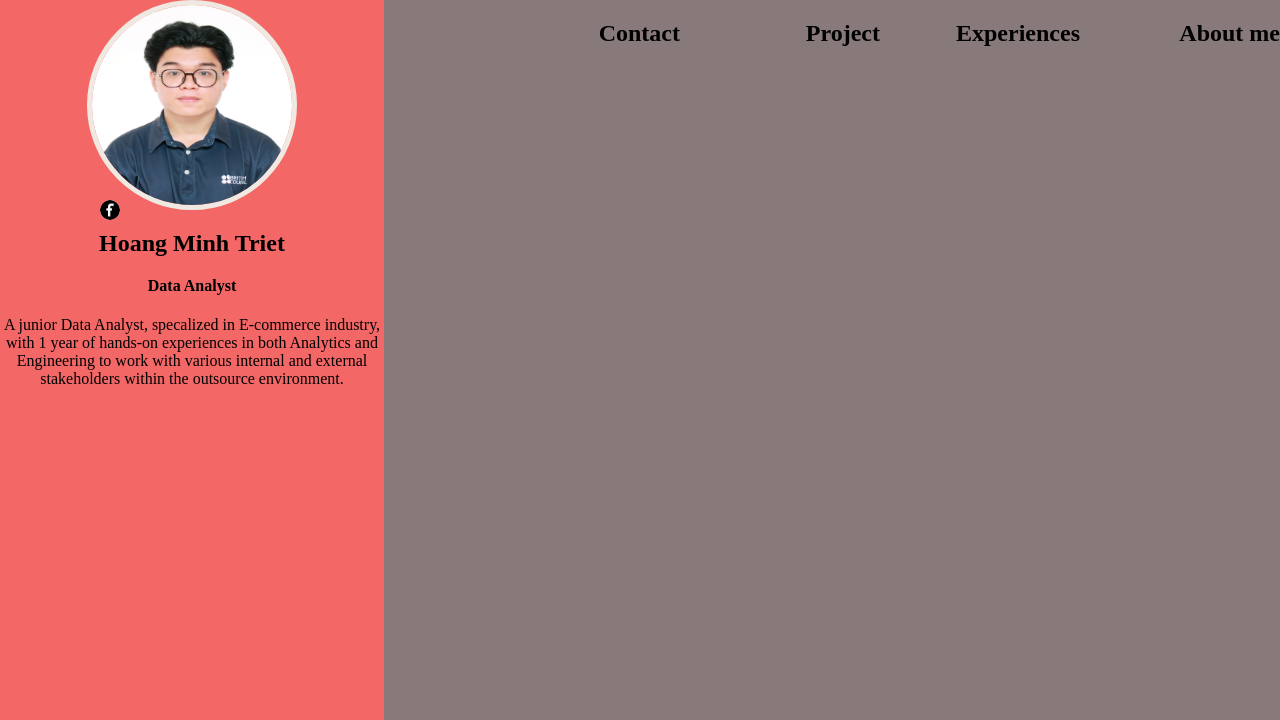
Repository: MinnTrit/personal_website
Page: http://localhost/
An editor plug-in stored every save of this project. The page is shown before and after the next save, followed by the edit.
The browser window is 1280 px wide. The pictures show the whole page.
The page is served by the project's application, run on Flask 3 (app.py).

Above is the page before, as saved 2025-01-28 23:25:35.

After the next save:
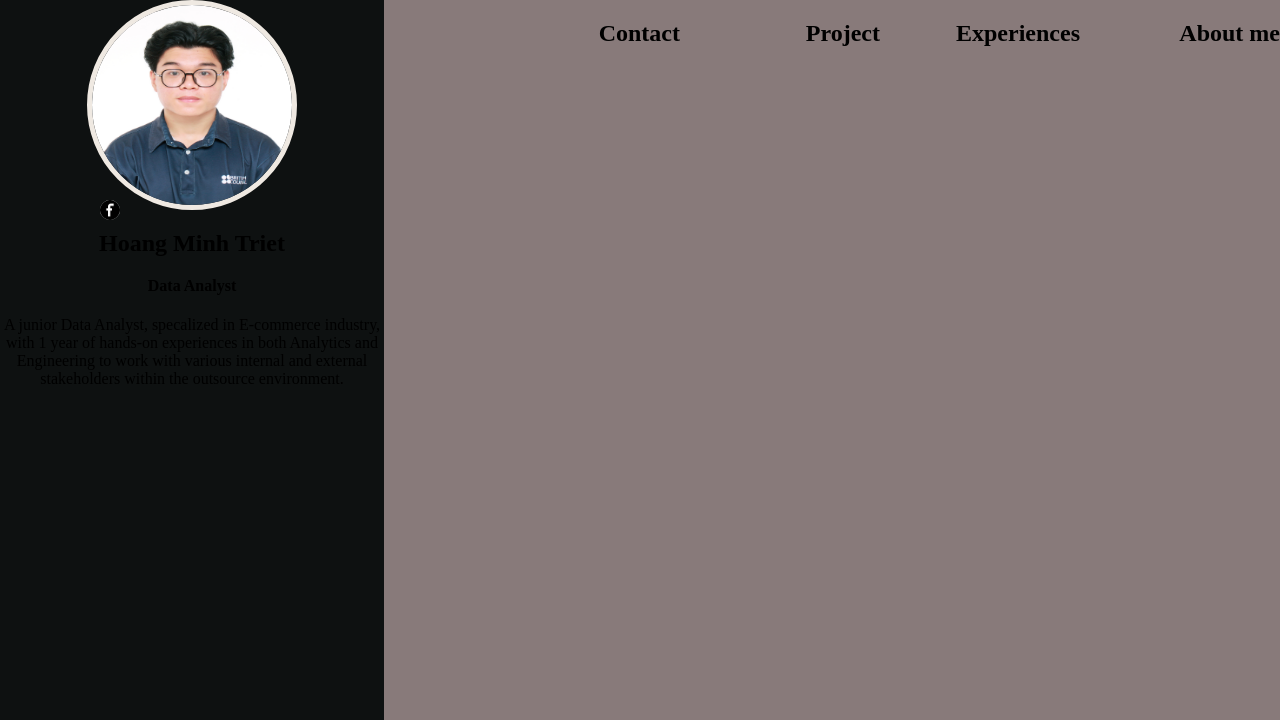
Saved 53 s later.
--- a/static/css/styles.css
+++ b/static/css/styles.css
@@ -4,7 +4,7 @@ html, body {
 }
 
 .picture {
-    background-color: #f36767;
+    background-color:#0e1111;
     width: 30%;
     height: 100%;
 }
